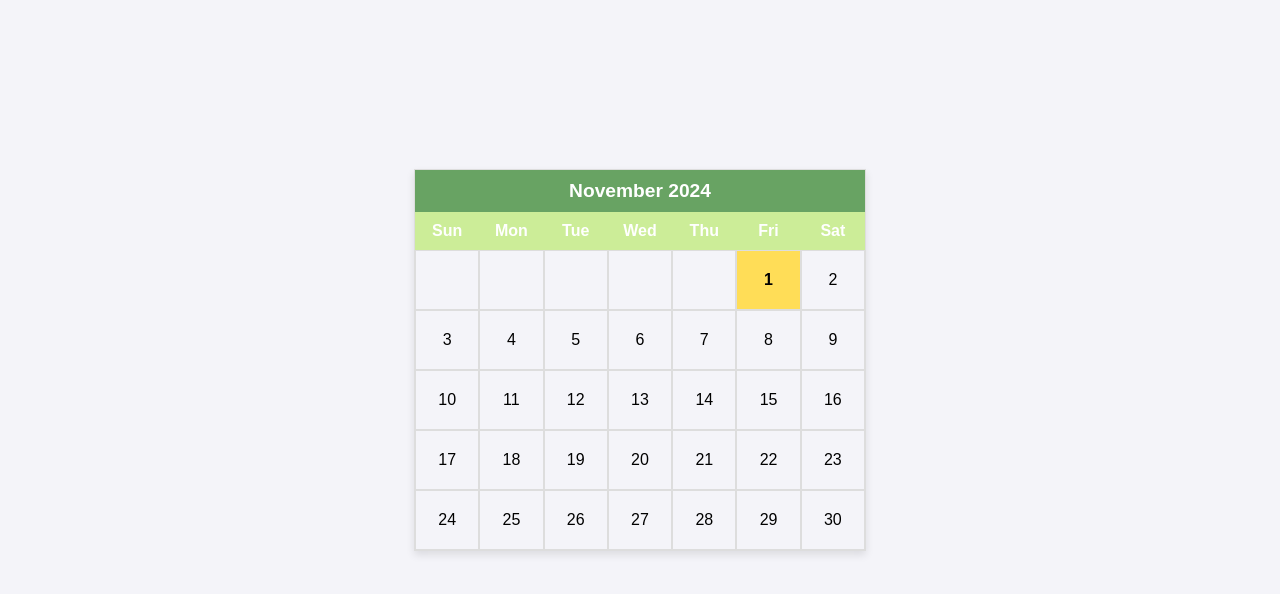
Repository: carrascokarencb37-afk/Nuura
Page: html/calendario.html
These files come from the project's save history. The page is drawn as it stood at one moment and after the next save; the edit follows.
The browser window is 1280 px wide. The pictures show the whole page.

Above is the page before, as saved 2026-05-28 23:27:49.

After the next save:
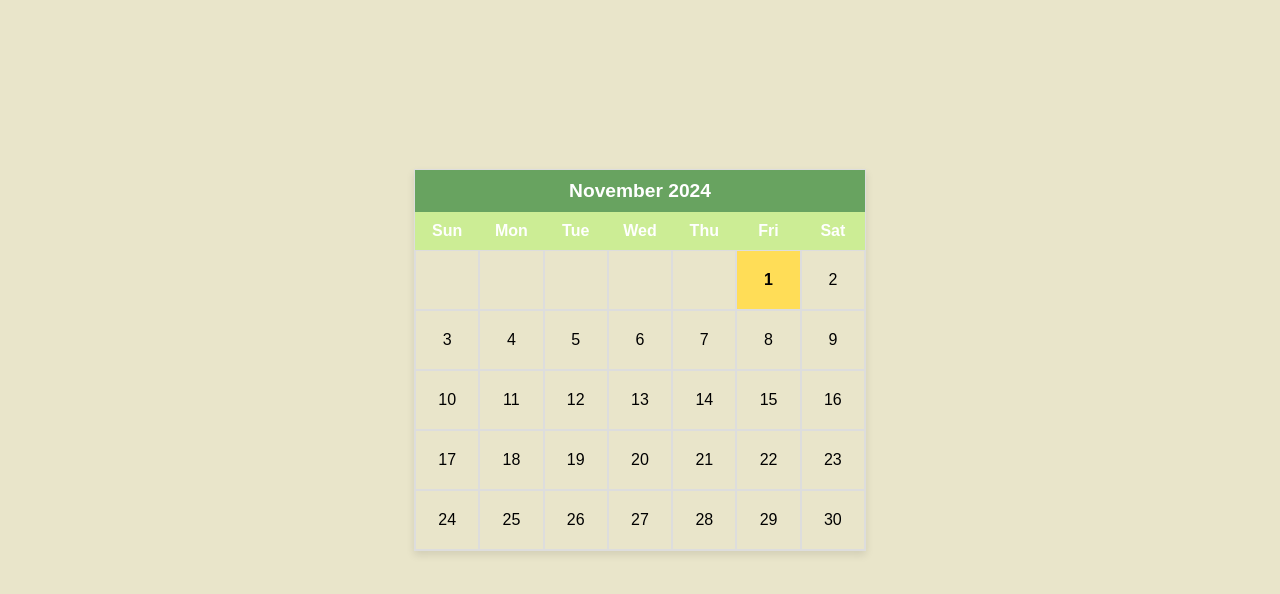
Saved 43 s later.
--- a/css/cale.css
+++ b/css/cale.css
@@ -6,7 +6,7 @@
             justify-content: center;
             align-items: center;
             min-height: 100vh;
-            background-color: #f4f4f9;
+            background-color: #e9e5ca;
             margin: 0;
         }
 
